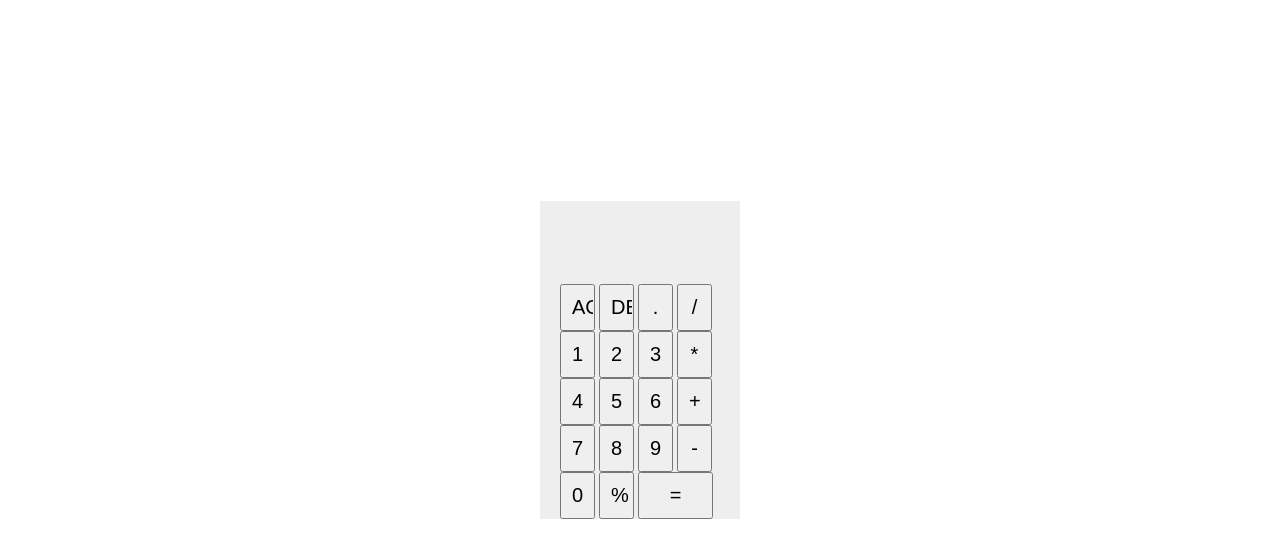
Repository: jerrys-arch/web-calculator
Page: index.html
These files come from the project's save history. The page is drawn as it stood at one moment and after the next save; the edit follows.
The browser window is 1280 px wide. The pictures show the whole page.

Above is the page before, as saved 2024-11-30 05:13:48.

### index.html
<!DOCTYPE html>
<html lang="en">
<head>
    <meta charset="UTF-8">
    <meta name="viewport" content="width=device-width, initial-scale=1.0">
    <title>calculator</title>
    <link rel="stylesheet" href="styles.css">
</head>
<body>
    <div class="container">
        <div class="calculator">
            <form>
            <div class="display">
                <input id="display" type="text">
            </div>
            <div>
                <input type="button" value="AC">
                <input type="button" value="DE">
                <input type="button" value=".">
                <input type="button" value="/">
            </div>
            <div>
                <input type="button" value="1">
                <input type="button" value="2">
                <input type="button" value="3">
                <input type="button" value="*">
            </div>
            <div>
                <input type="button" value="4">
                <input type="button" value="5">
                <input type="button" value="6">
                <input type="button" value="+">
            </div>
            <div>
                <input type="button" value="7">
                <input type="button" value="8">
                <input type="button" value="9">
                <input type="button" value="-">
            </div>
            <div>
                <input type="button" value="0">
                <input type="button" value="%">
                <input type="button" value="=" class="equal">
            </div>
        </form>
        </div>
    </div>
</body>
</html>

### styles.css
*{
    margin:0;
    padding:0;
    box-sizing: border-box;
}

.container{
    display:flex;
    align-items: center;
    justify-content: center;
    height:100vh;
}
.calculator{
    align-items: center;
    padding-left:20px;
    width:200px;
    background: #eee;
}
.calculator form input{
    width:35px;
    padding: 10px;
    border:non;
    font-size: 20px;
}
.calculator form .display{
   padding: 20px;

}
.calculator form #display{
   width:100%;
   border:none;
   background: transparent;
}
.calculator form .equal{
    width:75px
}

After the next save:
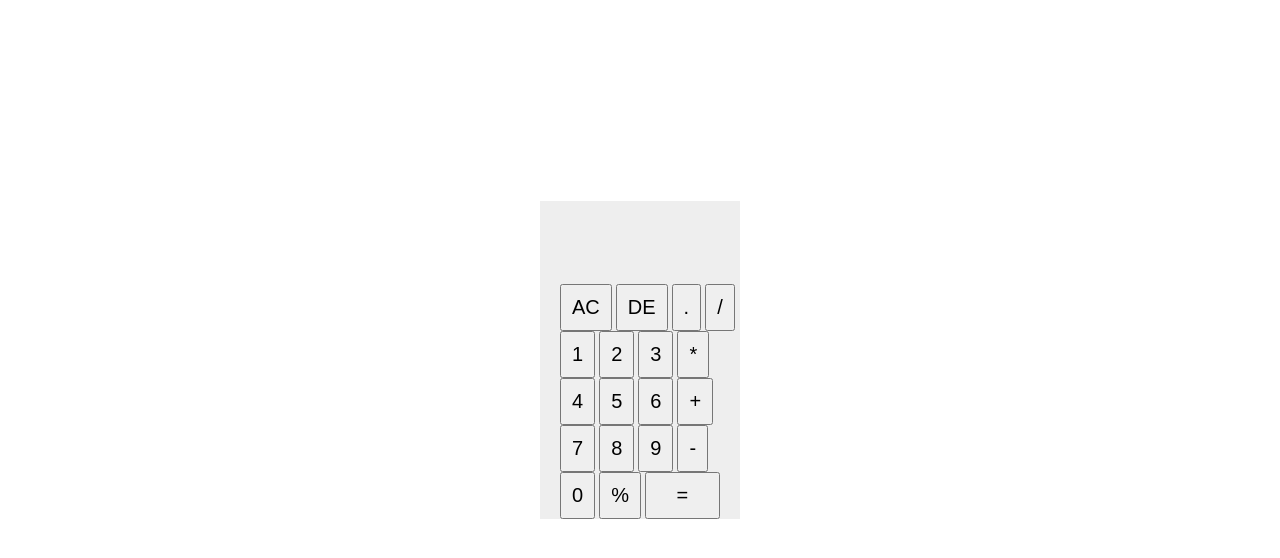
Saved 6 s later.
--- a/styles.css
+++ b/styles.css
@@ -17,6 +17,7 @@
     background: #eee;
 }
 .calculator form input{
+    te
     width:35px;
     padding: 10px;
     border:non;

After the 4 saves that followed:
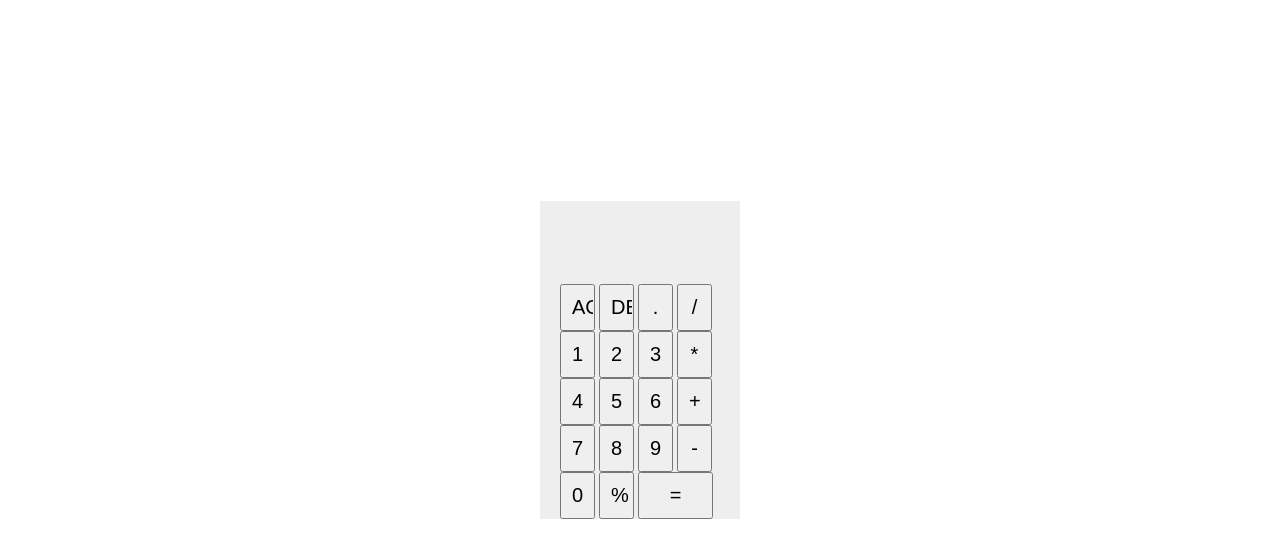
The 4 saves are shown as one change because 1 left the picture as it was and some came seconds apart.
The last was saved 12 s later.
--- a/styles.css
+++ b/styles.css
@@ -17,7 +17,6 @@
     background: #eee;
 }
 .calculator form input{
-    te
     width:35px;
     padding: 10px;
     border:non;
